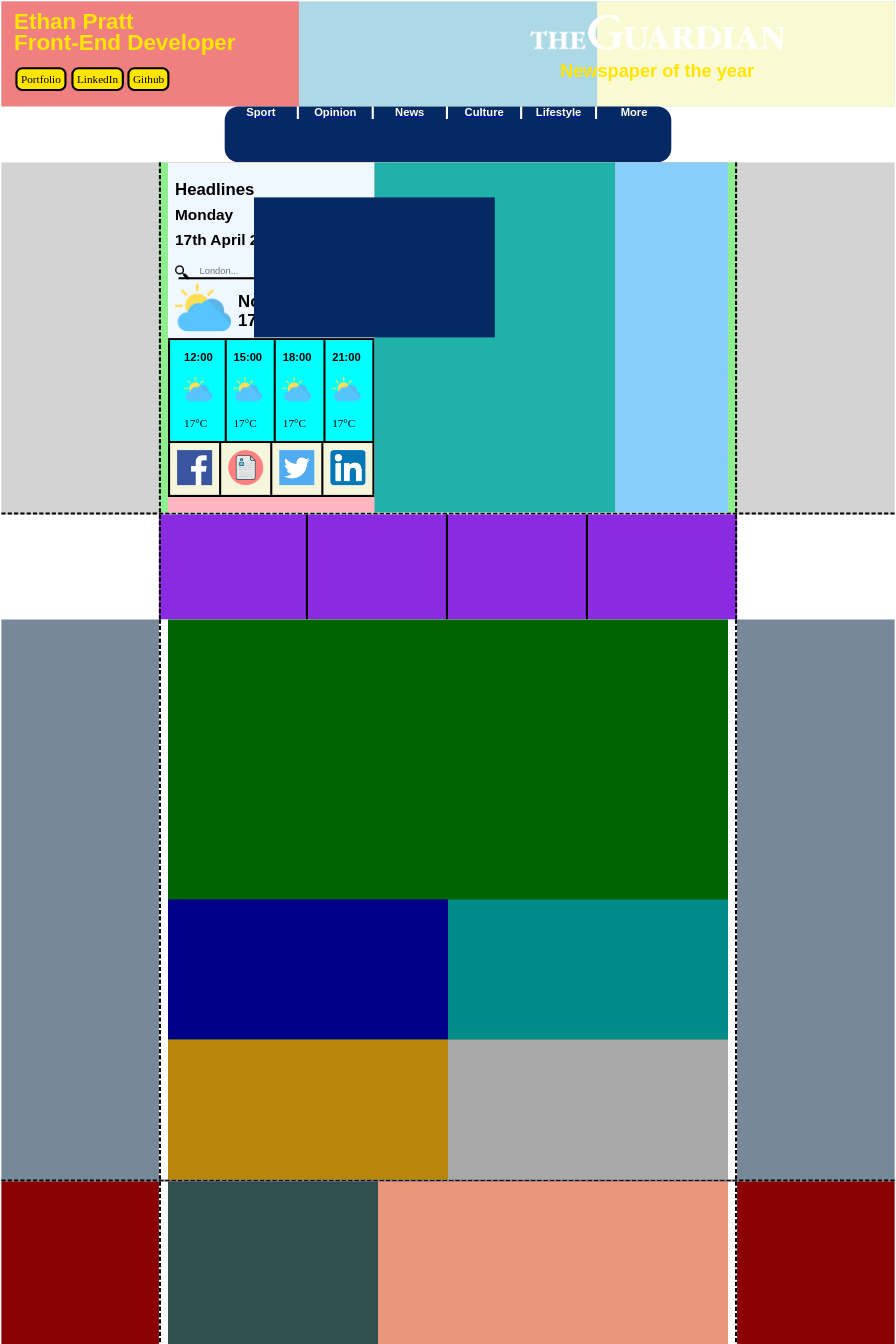
Repository: ghend99/News-Media
Page: index.html
An editor plug-in stored every save of this project. The page is shown before and after the next save, followed by the edit.
The browser window is 1280 px wide. The pictures show the part of the page from y = 0 to 1920 px (the page is 3765 px tall), at 70% of full size.
The page's requests for data from a server got no answer. Some web fonts or font styles are not loaded; a fallback is used.

Above is the page before, as saved 2023-05-07 17:36:19.

### index.html
<!DOCTYPE html>
<html lang="en">
  <head>
    <meta charset="UTF-8" />
    <meta http-equiv="X-UA-Compatible" content="IE=edge" />
    <meta name="viewport" content="width=device-width, initial-scale=1.0" />

    <link rel="stylesheet" href="style.css" />

    <title>Document</title>
  </head>
  <body>
    <!-- Header Container -->
    <div id="header-container">
      <div id="header-left-section">
        <p class="header-name webpage-header">Ethan Pratt</p>

        <p class="header-job webpage-header">Front-End Developer</p>
        <p class="header-social-link header-social-link-portfolio">Portfolio</p>
        <p class="header-social-link header-social-link-linkedin">LinkedIn</p>
        <p class="header-social-link header-social-link-github">Github</p>
      </div>
      <div id="header-middle-section"></div>
      <div id="header-right-section">
        <img class="header-logo" src="./images/guardian-logo.png" />
        <img
          class="header-logo-mobile"
          src="./images/guardian-logo-mobile.png"
        />
        <p class="header-slogan webpage-header">Newspaper of the year</p>
      </div>
    </div>

    <!-- Navigation Links Container -->
    <div id="navigation-link-container">
      <a href="page2.html">
        <p class="navigation-link webpage-header">Sport</p>
      </a>

      <a href="page2.html">
        <p class="navigation-link webpage-header">Opinion</p>
      </a>

      <a href="page2.html">
        <p class="navigation-link webpage-header">News</p>
      </a>

      <a href="page2.html">
        <p class="navigation-link webpage-header">Culture</p>
      </a>

      <a href="page2.html" id="nav-link">
        <p class="navigation-link webpage-header">Lifestyle</p>
      </a>

      <a>
        <p class="navigation-link webpage-header" id="navigation-link6">More</p>
      </a>
    </div>

    <!-- News Section 1 -->

    <div id="news1-container">
      <div id="news1-wrapper">
        <div id="news1-article-container">
          <div id="news1-weather-container">
            <div id="weather-top-section">
              <p class="weather-container-header webpage-header">Headlines</p>
              <p class="weather-container-day webpage-header">Monday</p>
              <p class="weather-container-date webpage-header">
                17th April 2023
              </p>
              <img src="./images/search-icon-black.png" class="search-icon" />
              <input
                type="text"
                placeholder="London..."
                class="weather-container-location-input"
              />
              <img
                class="weather-location-current-icon"
                src="./images/cloudy.png"
              />
              <p class="weather-location-current-text webpage-header">
                Now <br />17°C
              </p>
            </div>
            <div id="weather-middle-section">
              <div
                id="weather-middle-section-time"
                class="weather-middle-section-time1"
              >
                <p class="webpage-header">12:00</p>
                <img src="./images/cloudy.png" class="weather-now-icon" />
                <p>17°C</p>
              </div>
              <div id="weather-middle-section-time">
                <p class="webpage-header">15:00</p>
                <img src="./images/cloudy.png" class="weather-now-icon" />
                <p>17°C</p>
              </div>
              <div id="weather-middle-section-time">
                <p class="webpage-header">18:00</p>
                <img src="./images/cloudy.png" class="weather-now-icon" />
                <p>17°C</p>
              </div>
              <div id="weather-middle-section-time">
                <p class="webpage-header">21:00</p>
                <img src="./images/cloudy.png" class="weather-now-icon" />
                <p>17°C</p>
              </div>
            </div>
            <div id="weather-bottom-section">
              <div id="weather-bottom-social">
                <img
                  class="weather-soiclas-link-icon"
                  src="./images/facebook.png"
                />
              </div>

              <div id="weather-bottom-social">
                <img
                  class="weather-soiclas-link-icon"
                  src="./images/resume-icon.png"
                />
              </div>

              <div id="weather-bottom-social">
                <img
                  class="weather-soiclas-link-icon"
                  src="./images/twitter.png"
                />
              </div>

              <div id="weather-bottom-social">
                <img
                  class="weather-soiclas-link-icon"
                  src="./images/linekdin.png"
                />
              </div>
            </div>
          </div>
          <div id="news1-article1-container">
            <p class="news1-article1-header"></p>
            <p class="news1-article-date"></p>
            <div id="article-thumbnail-wrapper">
              <img class="news1-article-thumbnail" src="" />
            </div>

            <p class="news1-article-description"></p>
          </div>
          <div id="news1-article2-container"></div>
        </div>
      </div>
    </div>

    <!-- News Headers -->
    <div id="news-headers">
      <div class="news-header"></div>
      <div class="news-header"></div>
      <div class="news-header"></div>
      <div class="news-header" id="news-header4"></div>
    </div>

    <!-- News Section 2 -->
    <div id="news2-container">
      <div id="news2-wrapper">
        <div id="news2-article-container">
          <div id="news2-article1"></div>
          <div id="news2-article2">
            <div id="news2-article2-article1"></div>
            <div id="news2-article2-article2"></div>
            <div id="news2-article2-article3"></div>
            <div id="news2-article2-article4"></div>
          </div>
        </div>
      </div>
    </div>

    <!-- News Section 3 -->
    <div id="news3-container">
      <div id="news3-wrapper">
        <div id="news3-article-container">
          <div id="news3-article1-container"></div>
          <div id="news3-article2-container"></div>
        </div>
      </div>
    </div>

    <!-- News Section 4 -->
    <div id="news4-container">
      <div id="news4-wrapper">
        <div id="news4-article-container">
          <div id="news4-article1-container-header"></div>
          <div id="news4-article2-container">
            <div id="news4-article2-article1"></div>
            <div id="news4-article2-article2"></div>
            <div id="news4-article2-article3"></div>
            <div id="news4-article2-article4"></div>
          </div>
        </div>
      </div>
    </div>

    <!-- News Section 5 -->
    <div id="news5-container">
      <div id="news5-wrapper">
        <div id="news5-article-container">
          <div id="news5-article1-container"></div>
          <div id="news5-article2-container"></div>
        </div>
      </div>
    </div>

    <!-- Footer -->
    <div id="footer-container">
      <div id="footer-wrapper">
        <div id="footer-content-container">
          <div id="footer-navigation-link-container">
            <a href="page2.html">
              <p class="navigation-link webpage-header"></p>
            </a>

            <a href="page2.html">
              <p class="navigation-link webpage-header"></p>
            </a>

            <a href="page2.html">
              <p class="navigation-link webpage-header"></p>
            </a>

            <a href="page2.html">
              <p class="navigation-link webpage-header"></p>
            </a>

            <a href="page2.html" id="nav-link">
              <p class="navigation-link webpage-header"></p>
            </a>

            <a>
              <p
                class="navigation-link webpage-header"
                id="navigation-link6"
              ></p>
            </a>
          </div>
          <div id="footer-section2">
            <div id="footer-section2-section1"></div>
            <div id="footer-section2-section2"></div>
            <div id="footer-section2-section3"></div>
            <div id="footer-section2-section4"></div>
            <div id="footer-section2-section5"></div>
          </div>
        </div>
      </div>
    </div>

    <script src="main.js"></script>
  </body>
</html>

### style.css
@import url("https://fonts.googleapis.com/css2?family=Signika+Negative:wght@600&display=swap");

body {
  margin: 2px;
}

.webpage-header {
  font-family: "Signika Negative", sans-serif;
  font-weight: bold;
}

#header-container {
  display: grid;
  grid-template-columns: 1fr 1fr 1fr;
  grid-template-rows: 1fr;
  width: 100%;
  min-width: 310px;
  max-height: 300px;
  min-height: 150px;
  background-color: lightblue;
}

#header-left-section {
  background-color: lightcoral;
}

.header-name {
  position: absolute;
  color: #ffe500;
  font-size: 32px;
  left: 20px;
  top: -20px;
}

.header-job {
  position: absolute;
  color: #ffe500;
  font-size: 32px;
  left: 20px;
  top: 10px;
}

.header-social-link {
  position: absolute;
  border: solid;
  padding: 5px;
  background-color: #ffe500;
  width: fit-content;
  border-radius: 10px;
}

.header-social-link-portfolio {
  top: 80px;
  margin-left: 20px;
}

.header-social-link-linkedin {
  top: 80px;
  margin-left: 100px;
}

.header-social-link-github {
  top: 80px;
  margin-left: 180px;
}

#header-right-section {
  background-color: lightgoldenrodyellow;
}

.header-logo {
  position: absolute;
  width: 400px;
  margin-left: 50px;
  right: 140px;
  top: 20px;
}

.header-logo-mobile {
  display: none;
}

.header-slogan {
  position: absolute;
  width: 400px;
  margin-left: 50px;
  right: 80px;
  top: 60px;
  font-size: 26px;
  color: #ffe500;
}

#navigation-link-container {
  position: relative;
  display: grid;
  grid-template-columns: 1fr 1fr 1fr 1fr 1fr 1fr;
  grid-template-rows: 1fr;
  max-height: 200px;
  min-height: 80px;
  width: 50%;
  min-width: 310px;
  left: 50%;
  transform: translate(-50%);
  background-color: #052962;
  border-radius: 20px;
  text-align: center;
}

.navigation-link {
  border-right: solid;
  border-color: white;
  margin-top: auto;
  margin-bottom: auto;
  color: white;
}

#navigation-link6 {
  border-right: none;
}

#news1-container {
  /* width: 100%;
  min-width: 304px; */
  max-height: 500px;
  min-height: 300px;
  background-color: lightgray;
  border-bottom: dashed;
}

#news1-wrapper {
  position: relative;
  left: 50%;
  transform: translate(-50%);
  background-color: lightgreen;
  max-width: 50%;
  min-width: 800px;
  max-height: 800px;
  min-height: 500px;
  border-left: dashed;
  border-right: dashed;
  padding-left: 10px;
  padding-right: 10px;
}

#news1-article-container {
  position: relative;
  display: grid;
  grid-template-columns: 0.5fr 1.5fr 0.7fr;
  grid-template-rows: 1fr;
  width: 100%;
  min-width: 304px;
  max-height: 900px;
  min-height: 500px;
  background-color: lightpink;
}

#news1-weather-container {
  display: grid;
  grid-template-columns: 1fr;
  grid-template-rows: 0.7fr 1fr 1fr;
  background-color: lightsalmon;
  height: 450px;
}

#weather-top-section {
  background-color: aliceblue;
  border-bottom: solid;
  padding-left: 10px;
}

.weather-container-header {
  font-size: 24px;
  margin-bottom: 0;
}

.weather-container-day {
  font-size: 22px;
  margin-top: 10px;
  margin-bottom: 0;
}

.weather-container-date {
  font-size: 22px;
  margin-top: 10px;
}

.search-icon {
  position: absolute;
  top: 147px;
  width: 20px;
  left: 10px;
}

.weather-container-location-input {
  text-decoration: none;
  border: none;
  border-bottom: solid;
  outline: none;
  background-color: transparent;
  padding-left: 30px;
  margin-left: 5px;
  margin-right: 5px;
  max-width: 200px;
  min-width: 50px;
}

.weather-location-current-icon {
  width: 80px;
}

.weather-location-current-text {
  position: absolute;
  font-size: 24px;
  top: 160px;
  left: 100px;
}
#weather-middle-section {
  background-color: aqua;
  display: grid;
  grid-template-columns: 1fr 1fr 1fr 1fr;
  grid-template-rows: 1fr;
  padding-left: 10px;
  border-left: solid;
  border-bottom: solid;
}

.weather-now-icon {
  width: 40px;
}

#weather-bottom-section {
  background-color: beige;
  display: grid;
  grid-template-columns: 1fr 1fr 1fr 1fr;
  grid-template-rows: 1fr;
  border-left: solid;
  border-bottom: solid;
}

#weather-bottom-social {
  border-right: solid;
}

#weather-middle-section-time {
  border-right: solid;
  padding-left: 10px;
}

.weather-soiclas-link-icon {
  width: 50px;
  padding: 10px;
}

#news1-article1-container {
  background-color: lightseagreen;
}

.news1-article1-header {
  height: fit-content;
  width: 100%;
  font-size: 24px;
}

#article-thumbnail-wrapper {
  width: 100%;
  min-height: 200px;
  margin-top: 50px;
  left: 50%;
  transform: translate(-50%);
  background-color: #052962;
}

.news1-article-thumbnail {
  width: 60%;
  margin-left: 100px;
}

#news1-article2-container {
  background-color: lightskyblue;
}

#news-headers {
  position: relative;
  display: grid;
  grid-template-columns: 1fr 1fr 1fr 1fr;
  grid-template-rows: 1fr;
  max-height: 250px;
  min-height: 150px;
  left: 50%;
  transform: translate(-50%);
  width: 50%;
  min-width: 800px;
  background-color: blueviolet;
  border-left: dashed;
  border-right: dashed;
  padding-left: 10px;
  padding-right: 10px;
}

.news-header {
  border-right: solid;
}

#news-header4 {
  border-right: none;
}

#news2-container {
  /* width: 100%;
  min-width: 304px; */
  max-height: 800px;
  min-height: 620px;
  background-color: lightslategray;
  border-bottom: dashed;
}

#news2-wrapper {
  position: relative;
  left: 50%;
  transform: translate(-50%);
  background-color: white;
  max-width: 50%;
  min-width: 800px;
  max-height: 800px;
  min-height: 605px;
  border-left: dashed;
  border-right: dashed;
  padding-left: 10px;
  padding-right: 10px;
}

#news2-article-container {
  position: relative;
  display: grid;
  grid-template-columns: 1fr 1fr;
  grid-template-rows: 1fr;
  width: 100%;
  min-width: 304px;
  max-height: 900px;
  min-height: 600px;
  background-color: darkgreen;
}

#news2-article1 {
  min-height: 400px;
}

#news2-article2 {
  display: grid;
  grid-template-columns: 1fr 1fr;
  grid-template-rows: 1fr 1fr;
}

#news2-article2-article1 {
  background-color: darkblue;
}

#news2-article2-article2 {
  background-color: darkcyan;
}

#news2-article2-article3 {
  background-color: darkgoldenrod;
}

#news2-article2-article4 {
  background-color: darkgray;
}

#news3-container {
  max-height: 800px;
  min-height: 620px;
  background-color: darkred;
  border-bottom: dashed;
}

#news3-wrapper {
  position: relative;
  left: 50%;
  transform: translate(-50%);
  background-color: white;
  max-width: 50%;
  min-width: 800px;
  max-height: 800px;
  min-height: 605px;
  border-left: dashed;
  border-right: dashed;
  padding-left: 10px;
  padding-right: 10px;
}

#news3-article-container {
  display: grid;
  grid-template-columns: 0.6fr 1fr;
  grid-template-rows: 1fr;
  background-color: darkmagenta;
  width: 100%;
  min-width: 304px;
  max-height: 900px;
  min-height: 600px;
}

#news3-article1-container {
  background-color: darkslategray;
}

#news3-article2-container {
  background-color: darksalmon;
}

#news4-container {
  max-height: 550px;
  min-height: 400px;
  background-color: darkviolet;
  border-bottom: dashed;
}

#news4-wrapper {
  position: relative;
  left: 50%;
  transform: translate(-50%);
  background-color: white;
  max-width: 50%;
  min-width: 800px;
  max-height: 800px;
  min-height: 400px;
  border-left: dashed;
  border-right: dashed;
  padding-left: 10px;
  padding-right: 10px;
}

#news4-article-container {
  display: grid;
  grid-template-columns: 0.4fr 1fr;
  grid-template-rows: 1fr;
  width: 100%;
  min-width: 304px;
  max-height: 900px;
  min-height: 500px;
  background-color: darkolivegreen;
}

#news4-article2-container {
  display: grid;
  grid-template-columns: 1fr 1fr;
  grid-template-rows: 1fr 1fr;
}

#news4-article2-article1 {
  background-color: lightblue;
}

#news4-article2-article2 {
  background-color: lightcoral;
}

#news4-article2-article3 {
  background-color: lightgoldenrodyellow;
}

#news4-article2-article4 {
  background-color: lightgray;
}

#news5-container {
  max-height: 340px;
  min-height: 300px;
  background-color: darkviolet;
  border-bottom: dashed;
}

#news5-wrapper {
  position: relative;
  left: 50%;
  transform: translate(-50%);
  background-color: white;
  max-width: 50%;
  min-width: 800px;
  max-height: 800px;
  min-height: 300px;
  border-left: dashed;
  border-right: dashed;
  padding-left: 10px;
  padding-right: 10px;
}

#news5-article-container {
  display: grid;
  grid-template-columns: 1.8fr 1fr;
  grid-template-rows: 1fr;
  width: 100%;
  min-width: 304px;
  max-height: 900px;
  min-height: 340px;
}

#news5-article1-container {
  background-color: lightgray;
}

#news5-article2-container {
  background-color: darkmagenta;
}

#footer-container {
  max-height: 700px;
  min-height: 500px;
  background-color: #052962;
  border-bottom: dashed;
}

#footer-wrapper {
  position: relative;
  left: 50%;
  transform: translate(-50%);
  background-color: darkgreen;
  max-width: 50%;
  min-width: 800px;
  max-height: 800px;
  min-height: 500px;
  border-left: solid;
  border-right: solid;
  border-bottom: solid;
  padding-left: 10px;
  padding-right: 10px;
}

#footer-content-container {
  display: grid;
  grid-template-columns: 1fr;
  grid-template-rows: 0.2fr 1fr;
  background-color: darkmagenta;
  width: 100%;
  min-width: 304px;
  max-height: 900px;
  min-height: 600px;
}

#footer-navigation-link-container {
  display: grid;
  grid-template-columns: 1fr 1fr 1fr 1fr 1fr 1fr;
  background-color: lightsteelblue;
}

#footer-section2 {
  display: grid;
  grid-template-columns: 1.2fr 0.6fr 0.6fr 0.6fr 1fr;
  grid-template-rows: 1fr;
}

#footer-section2-section1 {
  background-color: bisque;
}

#footer-section2-section2 {
  background-color: lightcoral;
}

#footer-section2-section3 {
  background-color: lightsalmon;
}

#footer-section2-section4 {
  background-color: lightseagreen;
}

#footer-section2-section5 {
  background-color: darkorange;
}

@media screen and (min-width: 0) and (max-width: 1467px) {
  #news2-article-container {
    grid-template-columns: 1fr;
    grid-template-rows: 1fr 1fr;
    min-height: 700px;
  }
}

@media screen and (min-width: 0) and (max-width: 819px) {
  .header-logo {
    display: none;
  }

  .header-logo-mobile {
    position: absolute;
    display: flex;
    right: 0;
    top: 30px;
    width: 150px;
  }

  .header-slogan {
    display: none;
  }

  #news1-container {
    min-height: 1050px;
    border-bottom: dashed;
  }

  #news1-wrapper {
    min-width: 400px;
    min-height: 1040px;
  }

  #news1-article-container {
    display: block;
  }

  #news1-weather-container {
    display: inline-block;
    min-width: 100%;
    height: 380px;
  }

  .search-icon {
    /* display: none; */
    position: absolute;
    left: 255px;
    top: 47px;
  }

  .weather-container-location-input {
    /* display: none; */
    position: absolute;
    right: 30px;
    top: 50px;
    width: 80px;
  }

  .weather-location-current-icon {
    position: absolute;
    right: 110px;
    top: 80px;
    width: 60px;
    /* display: none; */
  }

  .weather-location-current-text {
    /* display: none; */
    position: absolute;
    left: 320px;
    top: 60px;
    width: 40px;
  }

  #weather-middle-section {
    height: 150px;
  }

  #news1-article1-container {
    grid-template-columns: 1fr;
    grid-template-rows: 1fr 1fr;
    min-width: 100%;
    min-height: 400px;
  }

  #news1-article2-container {
    display: inline-block;
    min-width: 100%;
    min-height: 250px;
  }

  #news-headers {
    grid-template-columns: 1fr 1fr 1fr;
    min-width: 400px;
    /* display: none; */
  }

  #news2-wrapper {
    min-width: 400px;
    /* display: none; */
  }

  #news3-wrapper {
    min-width: 400px;
  }

  #news3-article-container {
    display: grid;
    grid-template-columns: 1fr;
    grid-template-rows: 1fr 1fr;
  }

  #news4-wrapper {
    min-width: 400px;
  }

  #news4-article-container {
    grid-template-columns: 1fr;
    grid-template-rows: 0.2fr 1fr;
  }

  #news5-wrapper {
    min-width: 400px;
    min-height: 400px;
  }

  #news5-container {
    min-height: 400px;
  }

  #news5-article-container {
    grid-template-columns: 1fr;
    grid-template-rows: 1fr 1fr;
    min-height: 400px;
  }

  #footer-wrapper {
    min-width: 400px;
  }

  #footer-section2 {
    grid-template-columns: 1fr 1fr 1fr;
    grid-template-rows: 1fr;
  }
}

@media screen and (min-width: 0) and (max-width: 425px) {
  #header-container {
    grid-template-columns: 1fr 1fr;
  }

  .header-name {
    font-size: 24px;
    top: 20px;
  }

  .header-job {
    font-size: 20px;
    top: 50px;
    width: 90px;
  }

  .header-social-link {
    display: none;
  }

  .search-icon {
    left: 165px;
  }

  .weather-location-current-icon {
    left: 180px;
  }

  .weather-location-current-text {
    left: 250px;
  }

  #news1-wrapper {
    min-width: 310px;
    border: none;
    padding: 0;
  }

  #news-headers {
    grid-template-columns: 1fr 1fr;
    min-width: 310px;
    border: none;
    padding: 0;
  }

  .navigation-link {
    font-size: 12px;
  }

  #news2-wrapper {
    min-width: 310px;
    border: none;
    padding: 0;
  }

  #news3-wrapper {
    min-width: 310px;
    border: none;
    padding: 0;
  }

  #news4-wrapper {
    min-width: 310px;
    border: none;
    padding: 0;
  }

  #news5-wrapper {
    min-width: 310px;
    border: none;
    padding: 0;
  }

  #footer-wrapper {
    min-width: 310px;
    border: none;
    padding: 0;
  }
}

### main.js
const apiKey = `37a45964-fcec-438d-856c-4391f0f28135`;

const newsArticle1Container = document.getElementById(
  "news1-article1-container"
);

const getNewsArticle1 = function () {
  let url = `https://content.guardianapis.com/search?&show-blocks=all&api-key=${apiKey}&show-fields=all`;
  fetch(url)
    .then((res) => res.json())
    .then((data) => {
      newsArticle1Container.innerHTML = `
      <p class="news1-article1-header webpage-header">${data.response.results[0].fields.headline}</p>

      <p class="news1-article-date webpage-header">${data.response.results[0].webPublicationDate}</p>
      <div id="article-thumbnail-wrapper">
      <img class="news1-article-thumbnail" src="${data.response.results[0].fields.thumbnail}" />
      </div>
      <p class="news1-article-description"></p>
`;
    });
};

getNewsArticle1();

After the next save:
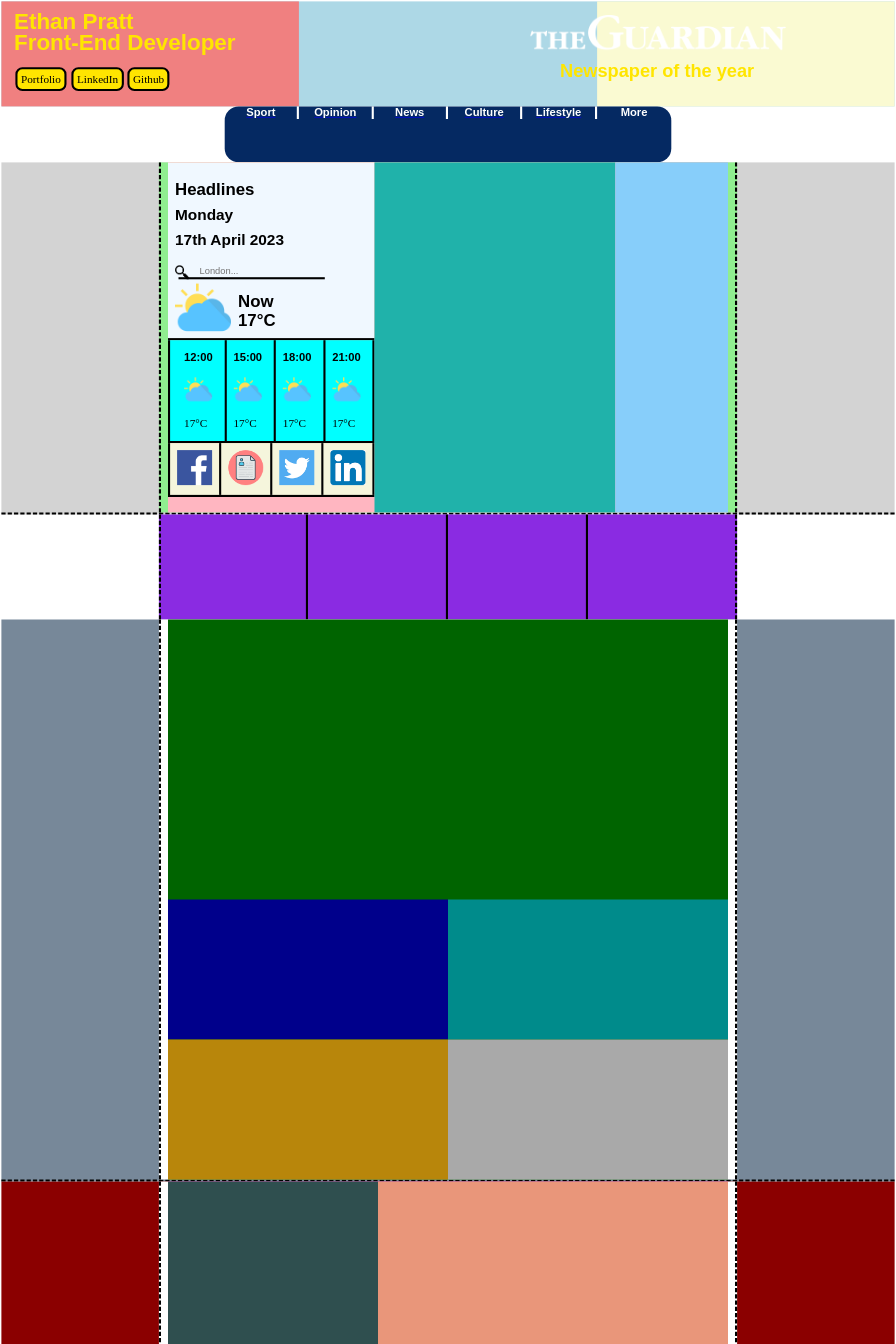
Saved 4 s later.
--- a/style.css
+++ b/style.css
@@ -261,15 +261,6 @@
   font-size: 24px;
 }
 
-#article-thumbnail-wrapper {
-  width: 100%;
-  min-height: 200px;
-  margin-top: 50px;
-  left: 50%;
-  transform: translate(-50%);
-  background-color: #052962;
-}
-
 .news1-article-thumbnail {
   width: 60%;
   margin-left: 100px;
